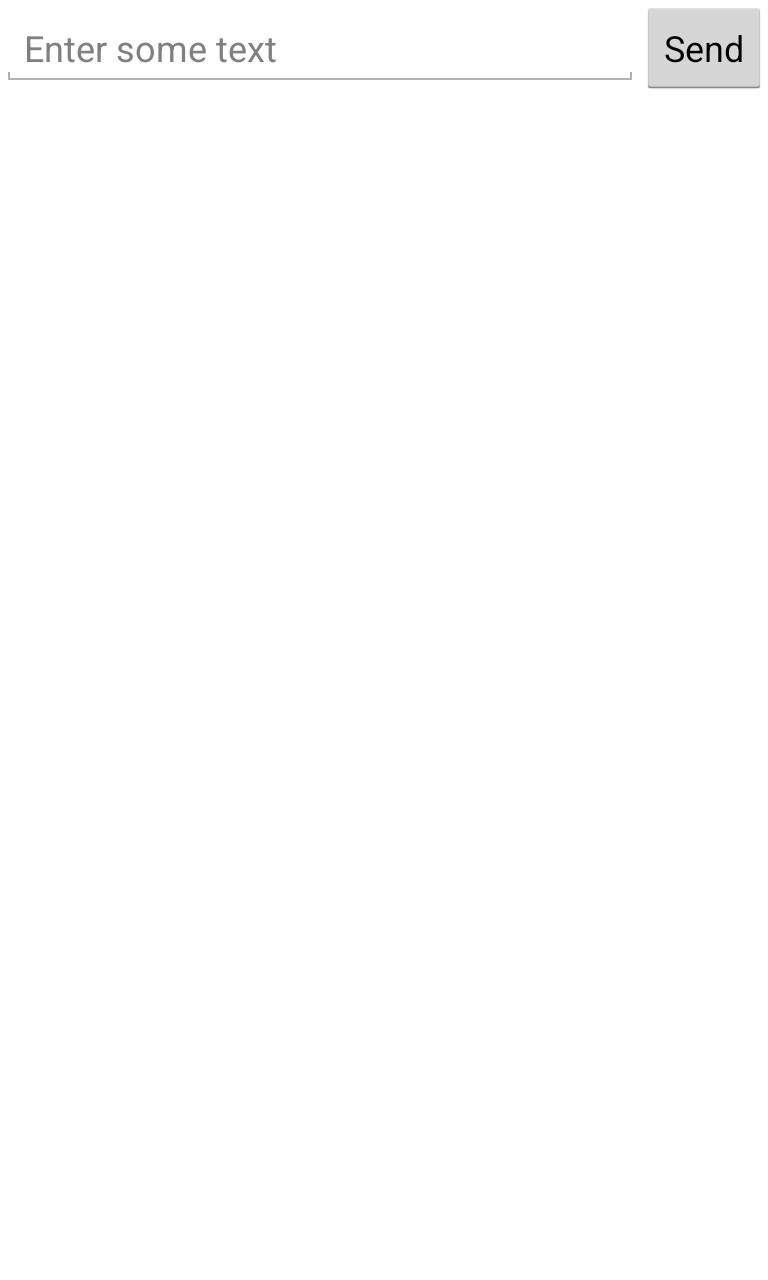
Repository: griffinfujioka/Ideas_Android
Layout: Ideas/res/layout/activity_home.xml
The author's editor kept a copy of each file at every save. The layout is drawn from the files as they stood at one save, then again after the next save.
It is drawn on a 768 x 1280 px phone screen (xhdpi) without system bars, with theme AppTheme; the app's code is not run.

Above is the layout before, as saved 2013-11-13 22:45:24.

### Ideas/res/layout/activity_home.xml
<?xml version="1.0" encoding="utf-8"?>
<TableLayout xmlns:android="http://schemas.android.com/apk/res/android"
    xmlns:tools="http://schemas.android.com/tools"
    android:layout_width="match_parent"
    android:layout_height="match_parent"
    android:orientation="horizontal" >

    <TableRow>
        <EditText
        android:id="@+id/edit_message"
        android:layout_weight="1"
        android:layout_width="0dp"
        android:layout_height="wrap_content"
        android:hint="@string/edit_message" />

    <Button
        android:layout_width="wrap_content"
        android:layout_height="wrap_content"
        android:text="@string/button_send" />
    </TableRow>



</TableLayout>

### Ideas/res/values/strings.xml
<?xml version="1.0" encoding="utf-8"?>
<resources>

    <string name="app_name">Ideas</string>
    <string name="action_settings">Settings</string>
    <string name="hello_world">Hello world!</string>
    <string name="welcome">Welcome to Ideas for Android!</string>
    <string name="edit_message">Enter some text</string>
    <string name="button_send">Send</string>

</resources>

Loaded but not shown: Ideas/res/values/styles.xml (common file); Ideas/res/values-v11/styles.xml (common file); Ideas/res/values-v14/styles.xml (common file)

After the next save:
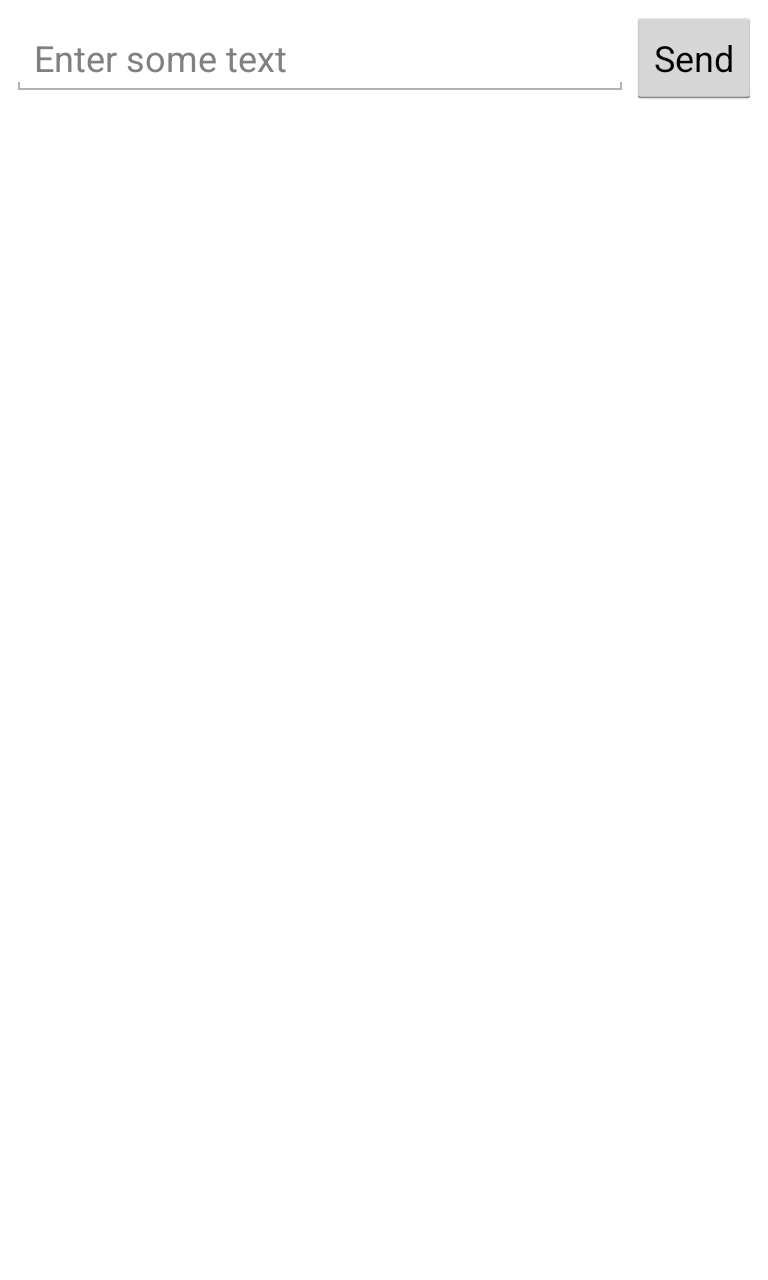
Saved 36 s later.
--- a/Ideas/res/layout/activity_home.xml
+++ b/Ideas/res/layout/activity_home.xml
@@ -5,7 +5,11 @@
     android:layout_height="match_parent"
     android:orientation="horizontal" >
 
-    <TableRow>
+    <TableRow
+        android:id="@+id/tableRow1"
+        android:layout_width="wrap_content"
+        android:layout_height="wrap_content"
+        android:padding="5dip" >
         <EditText
         android:id="@+id/edit_message"
         android:layout_weight="1"
